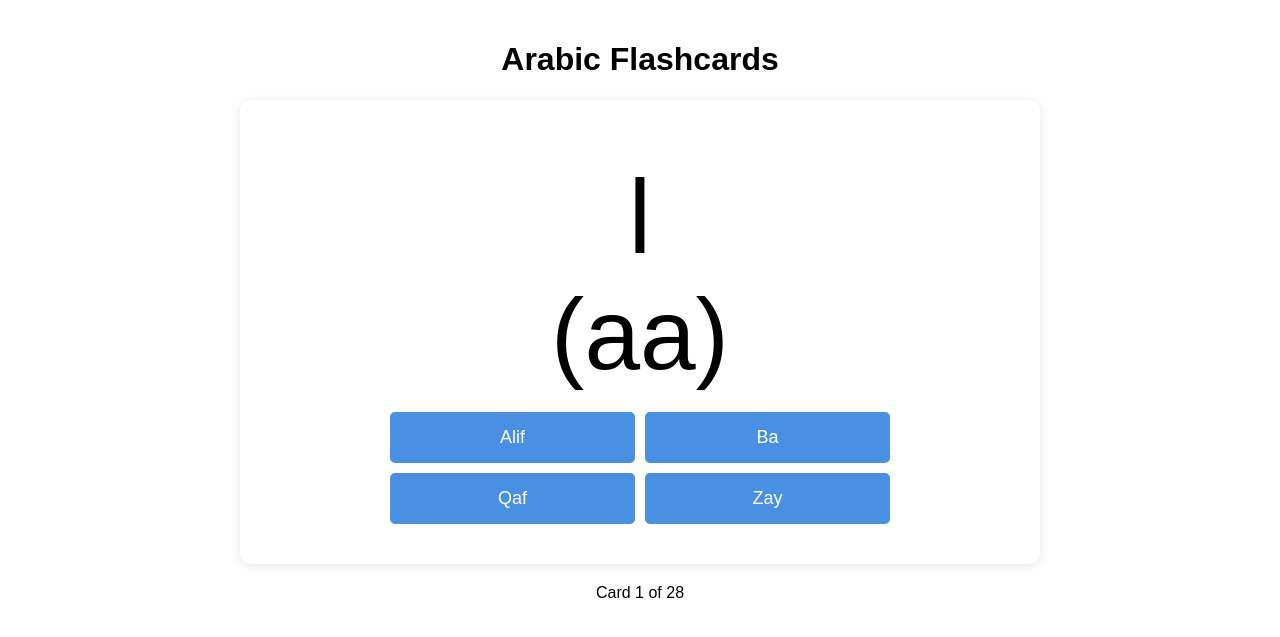
Repository: foolishimp/arabic-flashcards
Page: /
These files come from the project's save history. The page is drawn as it stood at one moment and after the next save; the edit follows.
The browser window is 1280 px wide. The pictures show the whole page.
The project was rebuilt for these pictures with package versions that can differ from the ones it lists, and the page was loaded fresh each time.

Above is the page before, as saved 2024-11-22 23:46:58.

### src/App.js
import React, { useState } from "react";
import "./App.css";

const letters = [
  { arabic: "ا", name: "Alif", sound: "aa" },
  { arabic: "ب", name: "Ba", sound: "b" },
  { arabic: "ت", name: "Ta", sound: "t" },
  { arabic: "ث", name: "Tha", sound: "th" },
  { arabic: "ج", name: "Jeem", sound: "j" },
  { arabic: "ح", name: "Ha", sound: "ḥ" },
  { arabic: "خ", name: "Kha", sound: "kh" },
  { arabic: "د", name: "Dal", sound: "d" },
  { arabic: "ذ", name: "Dhal", sound: "dh" },
  { arabic: "ر", name: "Ra", sound: "r" },
  { arabic: "ز", name: "Zay", sound: "z" },
  { arabic: "س", name: "Seen", sound: "s" },
  { arabic: "ش", name: "Sheen", sound: "sh" },
  { arabic: "ص", name: "Saad", sound: "ṣ" },
  { arabic: "ض", name: "Daad", sound: "ḍ" },
  { arabic: "ط", name: "Taa", sound: "ṭ" },
  { arabic: "ظ", name: "Zaa", sound: "ẓ" },
  { arabic: "ع", name: "Ayn", sound: "ʿ" },
  { arabic: "غ", name: "Ghayn", sound: "gh" },
  { arabic: "ف", name: "Fa", sound: "f" },
  { arabic: "ق", name: "Qaf", sound: "q" },
  { arabic: "ك", name: "Kaf", sound: "k" },
  { arabic: "ل", name: "Lam", sound: "l" },
  { arabic: "م", name: "Meem", sound: "m" },
  { arabic: "ن", name: "Noon", sound: "n" },
  { arabic: "ه", name: "Ha", sound: "h" },
  { arabic: "و", name: "Waw", sound: "w/oo" },
  { arabic: "ي", name: "Ya", sound: "y/ee" },
];

function App() {
  const [currentCardIndex, setCurrentCardIndex] = useState(0);
  const [score, setScore] = useState(0);
  const [showResult, setShowResult] = useState(false);
  const [selectedOption, setSelectedOption] = useState(null);
  const [currentOptions, setCurrentOptions] = useState(getRandomOptions(letters[0].name));
  const [canProceed, setCanProceed] = useState(false);

  function getRandomOptions(correctAnswer) {
    const options = new Set([correctAnswer]);
    while (options.size < 4) {
      const randomLetter = letters[Math.floor(Math.random() * letters.length)].name;
      options.add(randomLetter);
    }
    return Array.from(options).sort();
  }

  const handleOptionClick = (option) => {
    if (selectedOption !== null) return;

    setSelectedOption(option);
    setCanProceed(true);

    if (option === letters[currentCardIndex].name) {
      setScore(score + 1);
    }
  };

  const handleNext = () => {
    if (currentCardIndex + 1 < letters.length) {
      setCurrentCardIndex(currentCardIndex + 1);
      setSelectedOption(null);
      setCanProceed(false);
      setCurrentOptions(getRandomOptions(letters[currentCardIndex + 1].name));
    } else {
      setShowResult(true);
    }
  };

  if (showResult) {
    return (
      <div className="App">
        <div className="result">
          <h1>Flashcards Completed!</h1>
          <p>Your score: {score} / {letters.length}</p>
          <button className="next-button" onClick={() => window.location.reload()}>
            Restart
          </button>
        </div>
      </div>
    );
  }

  return (
    <div className="App">
      <h1>Arabic Flashcards</h1>
      <div className="flashcard">
        <div className="arabic-letter">
          {letters[currentCardIndex].arabic}
          <div className="sound-hint">({letters[currentCardIndex].sound})</div>
        </div>
        <div className="options">
          {currentOptions.map((option, index) => (
            <button
              key={index}
              onClick={() => handleOptionClick(option)}
              className={
                selectedOption !== null
                  ? option === letters[currentCardIndex].name
                    ? "correct"
                    : option === selectedOption
                    ? "incorrect"
                    : ""
                  : ""
              }
              disabled={selectedOption !== null}
            >
              {option}
            </button>
          ))}
        </div>
      </div>
      <div className="progress">
        <p>Card {currentCardIndex + 1} of {letters.length}</p>
        {canProceed && (
          <button
            className="next-button"
            onClick={handleNext}
          >
            Next
          </button>
        )}
      </div>
    </div>
  );
}

export default App;

### src/App.css
.App {
  text-align: center;
  max-width: 800px;
  margin: 0 auto;
  padding: 20px;
  font-family: Arial, sans-serif;
}

.flashcard {
  background: white;
  border-radius: 10px;
  box-shadow: 0 2px 10px rgba(0, 0, 0, 0.1);
  padding: 40px;
  margin: 20px 0;
}

.arabic-letter {
  font-size: 100px;
  margin: 20px 0;
}

.options {
  display: grid;
  grid-template-columns: 1fr 1fr;
  gap: 10px;
  max-width: 500px;
  margin: 0 auto;
}

.options button {
  padding: 15px 20px;
  font-size: 18px;
  border: none;
  border-radius: 5px;
  background-color: #4a90e2;
  color: white;
  cursor: pointer;
  transition: background-color 0.3s ease;
}

.options button:hover {
  background-color: #357abd;
}

.options button.correct {
  background-color: #4caf50;
}

.options button.incorrect {
  background-color: #f44336;
}

.options button:disabled {
  opacity: 0.7;
  cursor: not-allowed;
}

.progress {
  margin-top: 20px;
  font-size: 16px;
}

.next-button {
  margin-top: 20px;
  padding: 10px 20px;
  font-size: 16px;
  background-color: #4a90e2;
  color: white;
  border: none;
  border-radius: 5px;
  cursor: pointer;
}

.next-button:disabled {
  background-color: #cccccc;
  cursor: not-allowed;
}

.result {
  background: white;
  border-radius: 10px;
  box-shadow: 0 2px 10px rgba(0, 0, 0, 0.1);
  padding: 40px;
  margin: 20px 0;
}

Loaded but not shown: public/index.html (common file); src/index.js (common file); src/index.css (common file); src/reportWebVitals.js (common file)

After the next save:
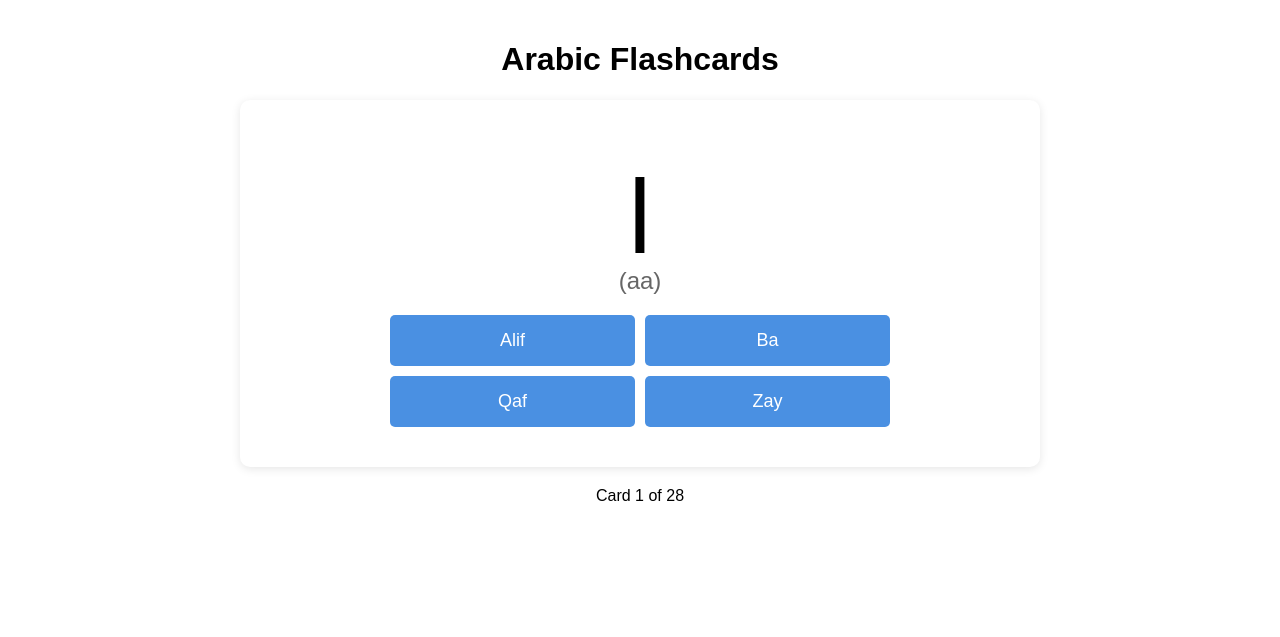
Saved 34 s later.
--- a/src/App.css
+++ b/src/App.css
@@ -17,6 +17,13 @@
 .arabic-letter {
   font-size: 100px;
   margin: 20px 0;
+}
+
+.sound-hint {
+  font-size: 24px;
+  color: #666;
+  margin-top: -10px;
+  margin-bottom: 20px;
 }
 
 .options {
